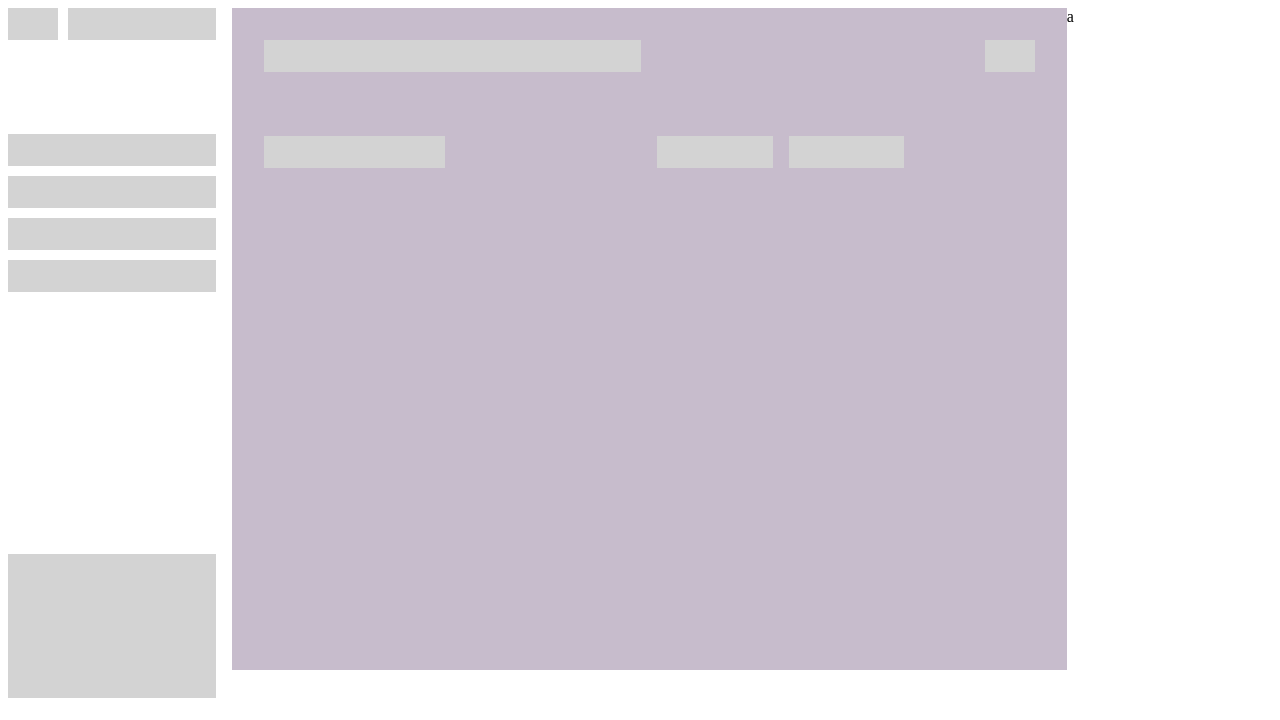
Repository: tr2cky/exercise2
Page: index.html
These files come from the project's save history. The page is drawn as it stood at one moment and after the next save; the edit follows.
The browser window is 1280 px wide. The pictures show the whole page.

Above is the page before, as saved 2022-10-01 12:02:48.

### index.html
<!DOCTYPE html>
<html lang="en">

<head>
    <meta charset="UTF-8">
    <meta http-equiv="X-UA-Compatible" content="IE=edge">
    <meta name="viewport" content="width=device-width, initial-scale=1.0">
    <link rel="stylesheet" href="style.css">
    <title>Document</title>
</head>

<body>
    <div class="container">
        <div class="side1">
        <div id="box1"></div>
        <div id="box2"></div>
        <div id="box3"></div>
        <div id="box4"></div>
        <div id="box5"></div>
        <div id="box6"></div>
        <div id="box7"></div>
        <div id="box8"></div>
        </div>
        <main>
            <div id="boxa"></div>
            <div id="boxb"></div>
            <div id="boxc"></div>
            <div id="boxd"></div>
            <div id="boxe"></div>
        </main>
        <div class="side2">
            a
        </div>
    </div>
</body>

</html>

### style.css
.container {
    display: flex;
    flex-direction: row;
    height: 92vh;
}

main {
    flex-grow: 3;
    background-color: rgb(199, 188, 204);
    display: grid;
    grid-template-columns: repeat(12, 1fr);
    grid-auto-rows: 2em;
    grid-gap: 1em;
    padding: 2em;
}

.side1 {
    flex-grow: 1;
    display: grid;
    grid-template-columns: 1fr 3fr;
    grid-auto-rows: 2em;
    grid-gap: 10px;
    margin-right: 1em;
}

.side2 {
    flex-grow: 1;
}

.side1 div,
main div,
.side2 div {
    background-color: lightgray;
}

#box3 {
    grid-column: 1/3;
    grid-row: 8;
    justify-self: start;
}

#box4 {
    grid-column: 1/3;
    grid-row: 4;
}

#box5 {
    grid-column: 1/3;
    grid-row: 5;
}

#box6 {
    grid-column: 1/3;
    grid-row: 6;
}

#box7 {
    grid-column: 1/3;
    grid-row: 7;
}

#box8 {
    grid-column: 1/3;
    grid-row: 14;
    height: 9em;
}

#boxa {
    grid-column: 1/7;
}

#boxb {
    grid-column: 12;
}

#boxc {
    grid-column: 1/4;
    grid-row: 3;
}
#boxd {
    grid-column: 7/9;
    grid-row: 3;
}
#boxe {
    grid-column: 9/11;
    grid-row: 3;
}
#boxf {
    grid-column: 11/13;
    grid-row: 3;
}

After the next save:
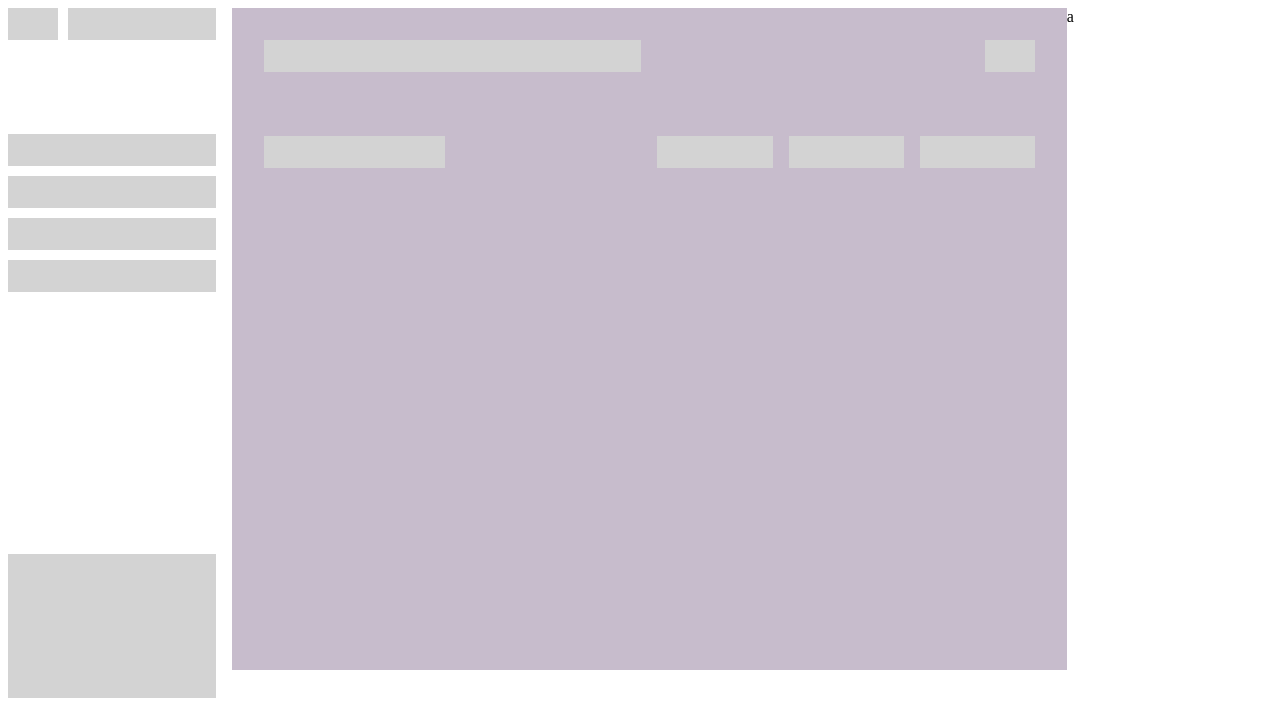
Saved 22 s later.
--- a/index.html
+++ b/index.html
@@ -27,6 +27,7 @@
             <div id="boxc"></div>
             <div id="boxd"></div>
             <div id="boxe"></div>
+            <div id="boxf"></div>
         </main>
         <div class="side2">
             a
